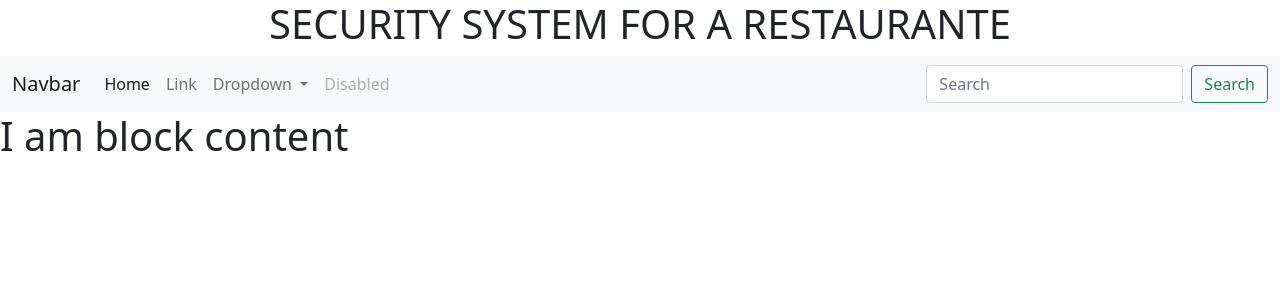
Repository: starFaby/systemSegurityRestaurant
Page: http://localhost/
An editor plug-in stored every save of this project. The page is shown before and after the next save, followed by the edit.
The browser window is 1280 px wide. The pictures show the whole page.
The page is served by the project's application, run on Flask 3 (project/__init__.py).

Above is the page before, as saved 2021-03-08 19:15:37.

After the next save:
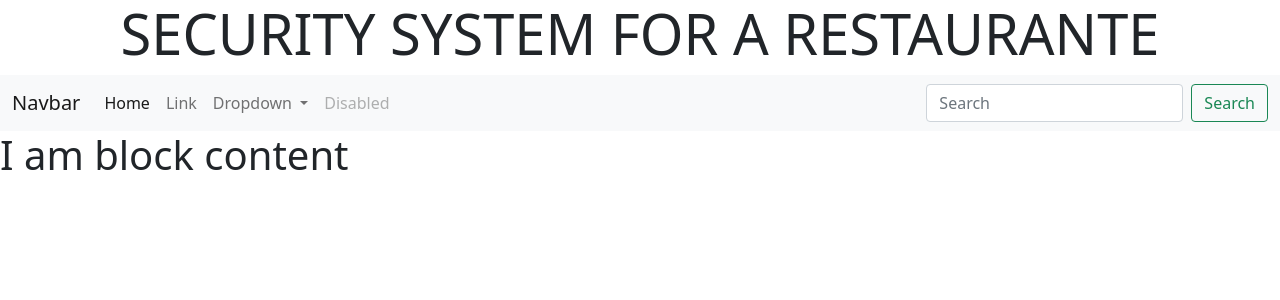
Saved 2 min 44 s later.
--- a/project/templates/frontend/layouts/header.html
+++ b/project/templates/frontend/layouts/header.html
@@ -8,6 +8,6 @@
     <link rel="stylesheet" href="{{url_for('static', filename='bootstrap/dist/css/bootstrap.min.css')}}">
 </head>
 <body>
-    <h1 class="text-center">SECURITY SYSTEM FOR A RESTAURANTE</h1>
+    <h1 class="text-center display-4">SECURITY SYSTEM FOR A RESTAURANTE</h1>
 </body>
 </html>
